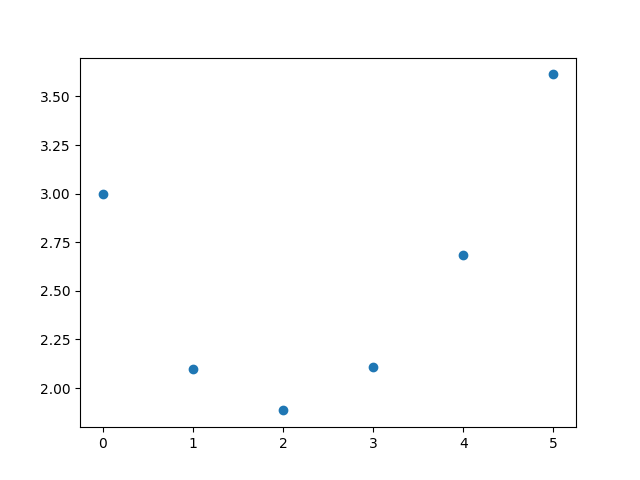
Repository: AyresNishio/Metodos_Numericos_Python
Script's output: python Cap9/EulerMod.py
These files come from the project's save history. The script's output is drawn as it stood at one moment and after the next save; the edit follows.
Random numbers start from a fixed seed.

Above is the script's output before, as saved 2021-09-18 13:39:05.

### Cap9/EulerMod.py
import numpy as np
import matplotlib.pyplot as plt

def func(x,y):
    dy_dx = (1/2)*np.exp(x/3) - (1/2)*y #Exemplo 9.2
    return dy_dx

def euler_modif(y0,x0,h,I):
    n =  (I[1] - I[0])/h
    x= []
    y= []
    x.append(x0)
    y.append(y0)
    print(f"y{0} = {y0}")
    for i in range(int(n)):
        yk_til = y0 + func(x0,y0)*h
        f_xy = func(x0,y0)
        f_til_xy = func(x0+h,y0)
        k = (f_xy + f_til_xy)/2
        yk = y0+ k*h
        print(f"y{i+1} = {yk}")
        y0 = yk
        x0 = x0 + h
        x.append(x0)
        y.append(y0)

    plt.scatter(x, y)
    plt.show()
    return


if __name__ == '__main__':
    #Pvi
    y0= 3
    x0= 0
    #intervalo
    I = [0,5]
    # Passo
    # num_sub_int = 4
    h = 1
    # h = (I[1] - I[0])/num_sub_int
    euler_modif(y0,x0,h,I)
    plt

After the next save:
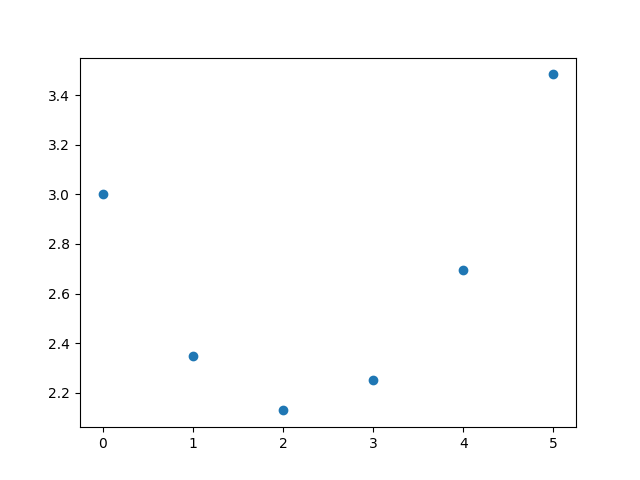
Saved 106 s later.
--- a/Cap9/EulerMod.py
+++ b/Cap9/EulerMod.py
@@ -15,7 +15,7 @@ def euler_modif(y0,x0,h,I):
     for i in range(int(n)):
         yk_til = y0 + func(x0,y0)*h
         f_xy = func(x0,y0)
-        f_til_xy = func(x0+h,y0)
+        f_til_xy = func(x0+h,yk_til)
         k = (f_xy + f_til_xy)/2
         yk = y0+ k*h
         print(f"y{i+1} = {yk}")
